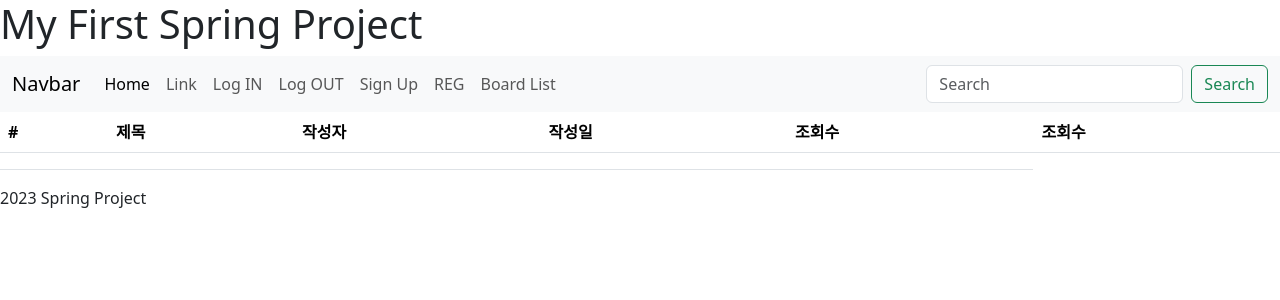
Repository: gatsby5959/_springTest
Page: http://localhost/spring-Test/WEB-INF/views/board/detail.jsp
The author's editor kept a copy of each file at every save. The page is drawn from the files as they stood at one save, then again after the next save.
The browser window is 1280 px wide. The pictures show the whole page.
The page is served by Tomcat 9. Nobody is signed in. The template is opened directly, without the code that normally fills it, so the values that code supplies are empty.

Above is the page before, as saved 2023-10-05 10:11:17.

After the next save:
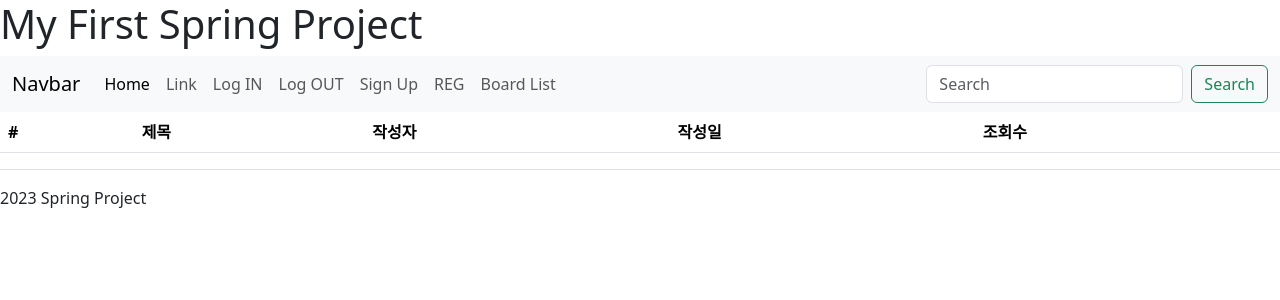
Saved 14 s later.
--- a/spring-Test/src/main/webapp/WEB-INF/views/board/detail.jsp
+++ b/spring-Test/src/main/webapp/WEB-INF/views/board/detail.jsp
@@ -21,8 +21,6 @@
 	<th>작성자</th>
 	<th>작성일</th>
 	<th>조회수</th>
-	<th>조회수</th>
-
 </tr>
 </thead>
 <tbody>
